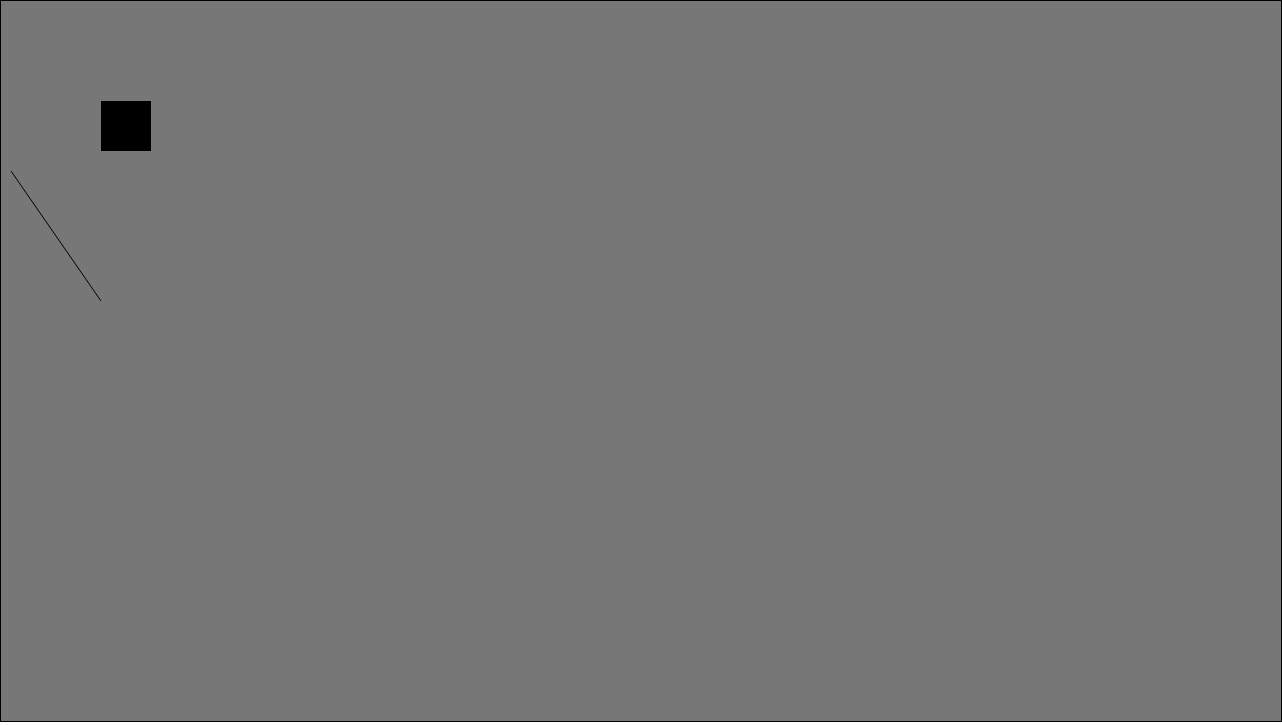
Repository: tenlekdan/particle-effect
Page: inidex.html
An editor plug-in stored every save of this project. The page is shown before and after the next save, followed by the edit.
The browser window is 1280 px wide. The page is 1282 px wide, so the pictures cover 1282 px, including what lies to the right of the window. The pictures show the whole page.

Above is the page before, as saved 2019-12-26 14:47:41.

### inidex.html
<!DOCTYPE html>
<html lang="en">

<head>
    <meta charset="UTF-8">
    <meta name="viewport" content="width=device-width, initial-scale=1.0">
    <meta http-equiv="X-UA-Compatible" content="ie=edge">
    <title>Document</title>
    <style type="text/css">
        *{
            margin: 0;
            padding: 0;
            box-sizing: inherit;
        }
        html{
            font-size: 60.2%;
        }

        body{
            font-size: 1rem;
            font-family: 'Courier New', Courier, monospace;
            box-sizing: border-box;
        }
        canvas {
            border: solid 1px;
            background-color: #777;
        }
    </style>
</head>

<body>
    <canvas></canvas>

    <script src="canvas.js"></script>

</body>

</html>

### canvas.js


(function () {
    var canvas = document.querySelector('canvas');

    canvas.width = window.innerWidth;
    canvas.height = window.innerHeight;

    var c = canvas.getContext('2d');
    // c.fillRect(x, y, width, height);
    c.fillRect(100, 100, 50, 50);

    // lines
    c.beginPath();
    c.moveTo(10, 170);
    c.lineTo(100, 300);
    c.stroke();

    c.beginPath();
    c.arcTo(300, 300, 200, 0, Math.PI * 2, false);
    c.stroke();
})();

After the next save:
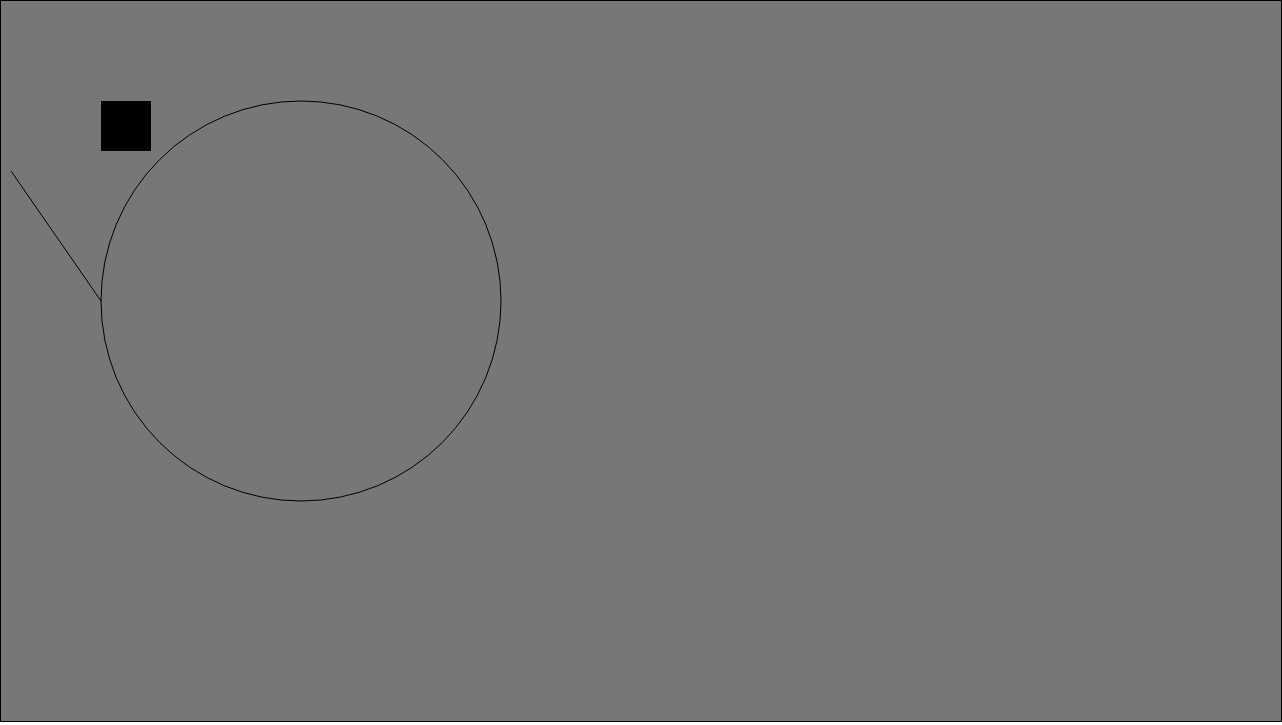
Saved 2 min 58 s later.
--- a/canvas.js
+++ b/canvas.js
@@ -17,6 +17,6 @@
     c.stroke();
 
     c.beginPath();
-    c.arcTo(300, 300, 200, 0, Math.PI * 2, false);
+    c.arc(300, 300, 200, 0, Math.PI * 2, false);
     c.stroke();
 })();
